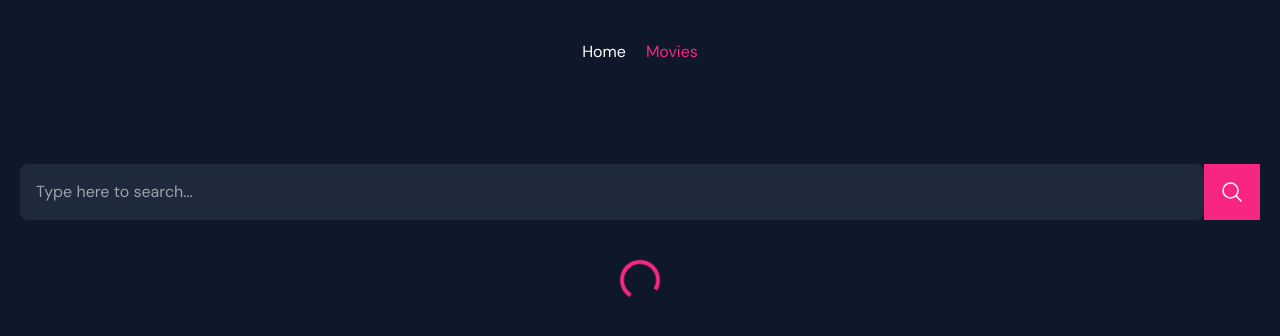
Repository: vophuocthanh/movies
Page: /movies
The author's editor kept a copy of each file at every save. The page is drawn from the files as they stood at one save, then again after the next save.
The browser window is 1280 px wide. The pictures show the whole page.
The page's requests for data from a server got no answer. The project was rebuilt for these pictures with package versions that can differ from the ones it lists, and the page was loaded fresh each time. No one was signed in, and anything a server would have sent is missing. Also part of the build but not shown: src/components/banner/Banner.jsx, src/pages/HomePage.jsx, src/components/movie/MovieCard.jsx, src/pages/MovieDetailsPage.jsx. Imported but missing from the stored project, and not drawn on this page: src/components/movie/MovieList.

Above is the page before, as saved 2022-12-05 21:26:05.

After the next save:
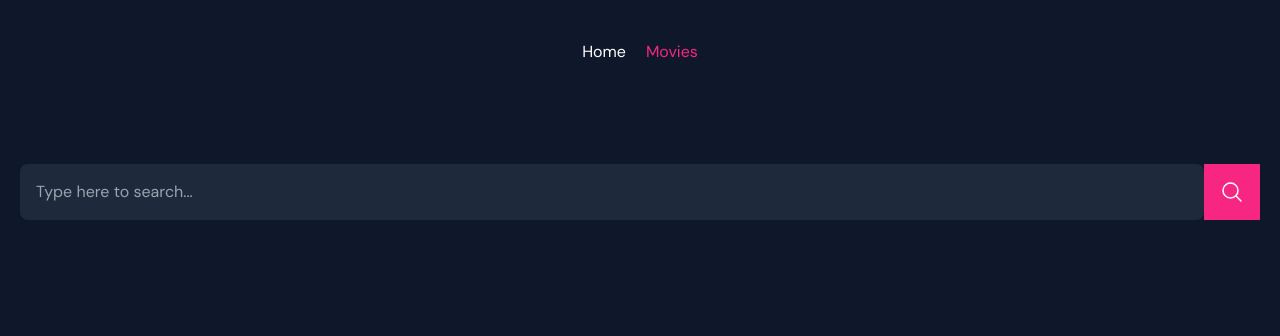
Saved 34 s later.
--- a/src/pages/MoviePage.jsx
+++ b/src/pages/MoviePage.jsx
@@ -58,7 +58,7 @@ const MoviePage = () => {
           </svg>
         </button>
       </div>
-      {!loading && (
+      {loading && (
         <div className="w-10 h-10 mx-auto border-4 border-t-4 rounded-full border-primary border-t-transparent animate-spin"></div>
       )}
       <div className="grid grid-cols-4 gap-10">
